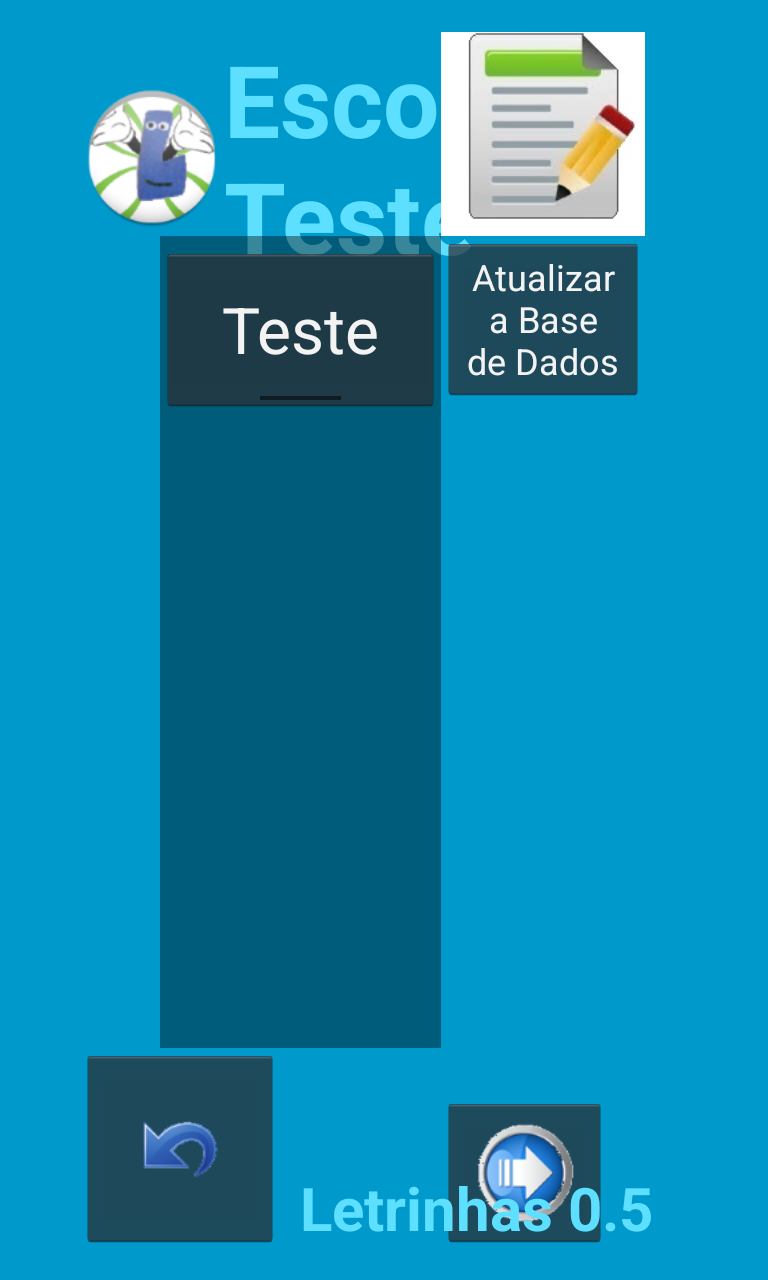
Repository: iptomar/letrinhas_documentacao
Layout: Letrinhas/APP/Prototipos/Letrinhas05/res/layout/escolhe_teste.xml
An editor plug-in stored every save of this project. The layout is shown before and after the next save, followed by the edit.
It is drawn on a 768 x 1280 px phone screen (xhdpi) without system bars, with theme FullscreenTheme; the app's code is not run.

Above is the layout before, as saved 2014-05-18 22:30:55.

After the next save:
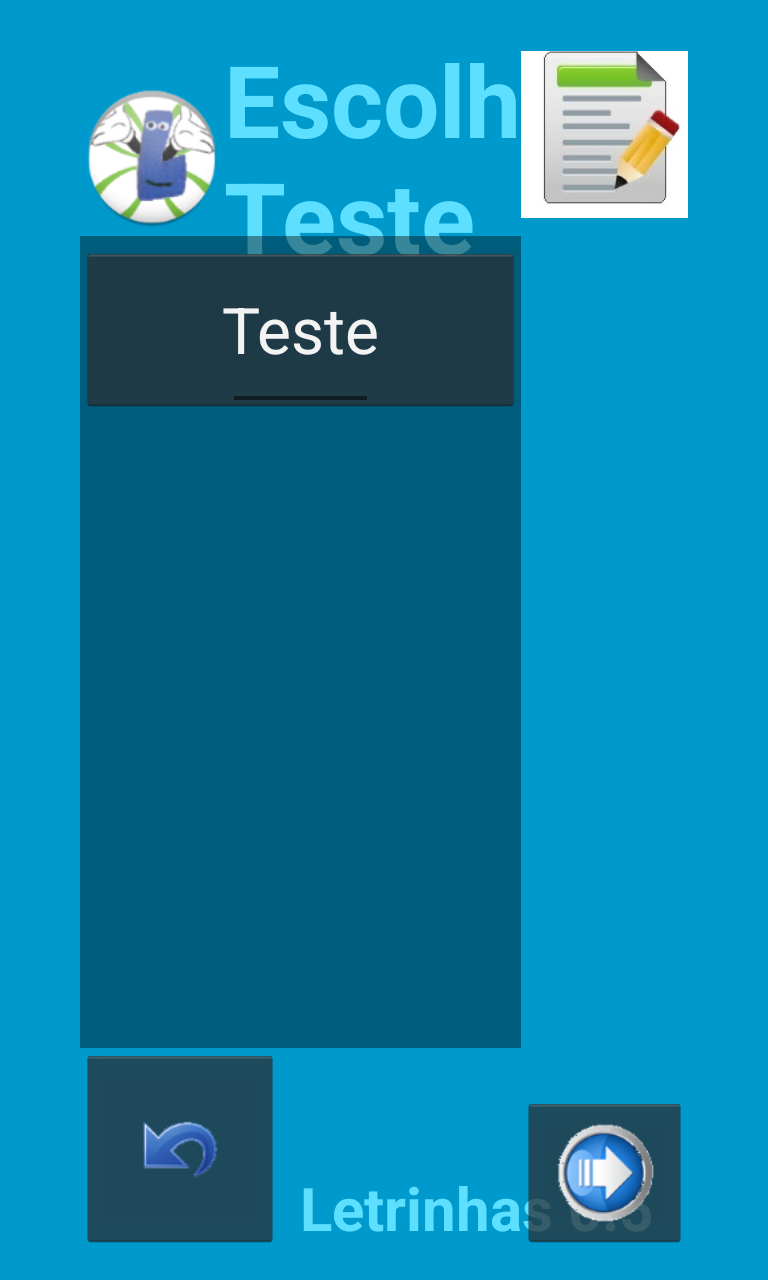
Saved 4 min 36 s later.
--- a/Letrinhas/APP/Prototipos/Letrinhas05/res/layout/escolhe_teste.xml
+++ b/Letrinhas/APP/Prototipos/Letrinhas05/res/layout/escolhe_teste.xml
@@ -23,18 +23,6 @@
         android:textSize="50sp"
         android:textStyle="bold" />
 
-    <ImageButton
-        android:id="@+id/ibComecar"
-        android:layout_width="wrap_content"
-        android:layout_height="wrap_content"
-        android:layout_alignBottom="@+id/escTRodape"
-        android:layout_alignParentRight="true"
-        android:layout_marginRight="40dp"
-        android:clickable="true"
-        android:contentDescription="@string/start"
-        android:onClick="executarTestes"
-        android:src="@drawable/right" />
-
     <TextView
         android:id="@+id/escTRodape"
         android:layout_width="wrap_content"
@@ -52,9 +40,8 @@
         android:layout_width="wrap_content"
         android:layout_height="wrap_content"
         android:layout_above="@+id/escTVoltar"
-        android:layout_alignLeft="@+id/esTCabecalho"
+        android:layout_alignLeft="@+id/escTVoltar"
         android:layout_below="@+id/esTLogo"
-        android:layout_marginLeft="40dp"
         android:layout_toLeftOf="@+id/ibComecar"
         android:background="@color/black_overlay" >
 
@@ -65,7 +52,7 @@
             android:orientation="vertical" >
 
             <ToggleButton
-                android:id="@+id/ToggleButton1"
+                android:id="@+id/escTtbtn"
                 android:layout_width="match_parent"
                 android:layout_height="83dp"
                 android:layout_marginTop="5sp"
@@ -87,14 +74,16 @@
         android:contentDescription="@string/teste"
         android:src="@drawable/index" />
 
-    <Button
-        android:id="@+id/btnLsCorrecao_Original"
+    <ImageButton
+        android:id="@+id/ibComecar"
         android:layout_width="wrap_content"
         android:layout_height="wrap_content"
-        android:layout_alignLeft="@+id/esTLogo"
-        android:layout_alignRight="@+id/esTLogo"
-        android:layout_alignTop="@+id/svEscolher"
-        android:text="@string/act_BD" />
+        android:layout_alignParentBottom="true"
+        android:layout_alignParentRight="true"
+        android:clickable="true"
+        android:contentDescription="@string/start"
+        android:onClick="executarTestes"
+        android:src="@drawable/right" />
 
     <ImageButton
         android:id="@+id/escTVoltar"
